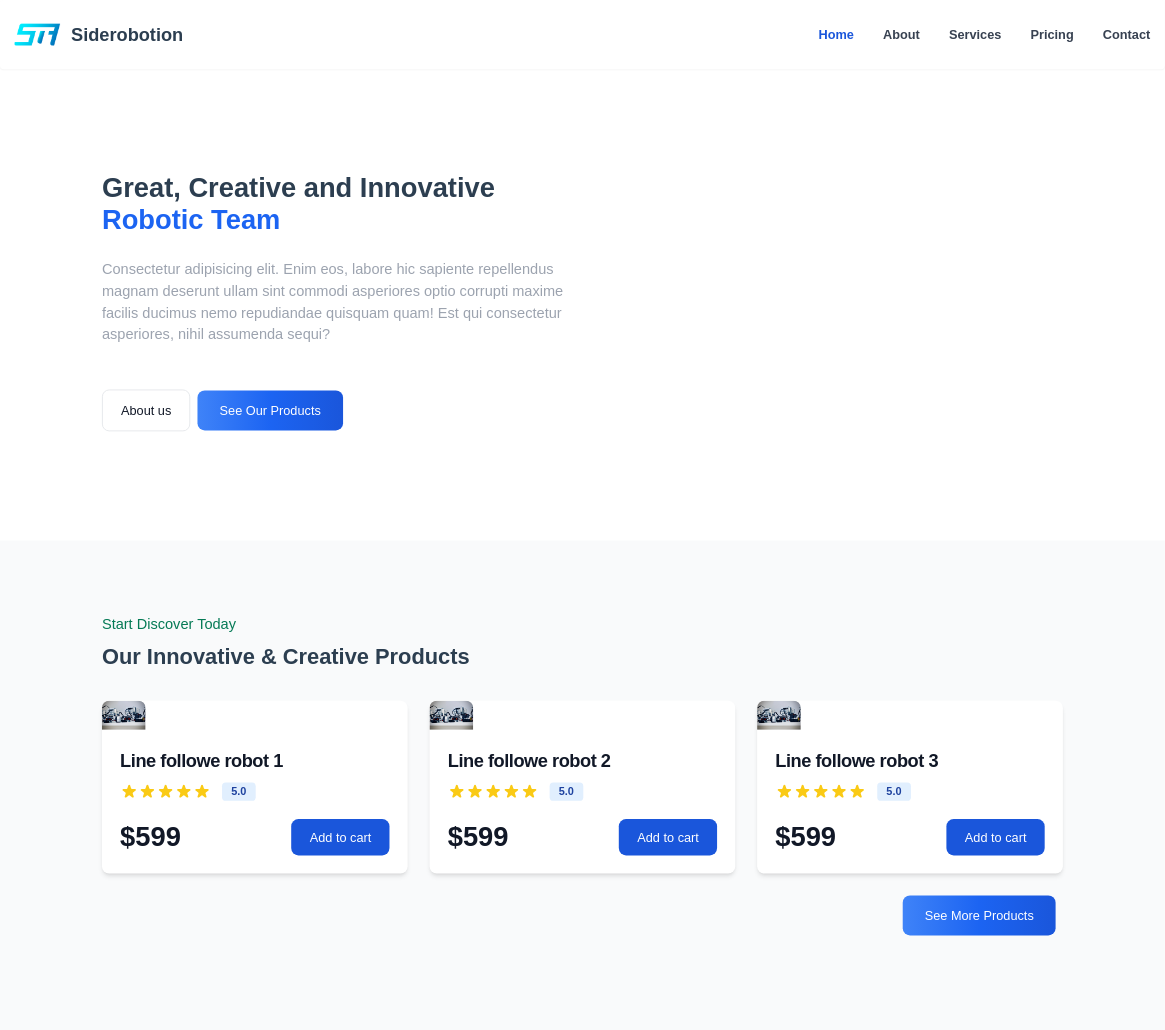
Repository: khulqu15/siderobotion
Page: /
These files come from the project's save history. The page is drawn as it stood at one moment and after the next save; the edit follows.
The browser window is 1280 px wide. The pictures show the whole page, at 91% of full size.
The project was rebuilt for these pictures with package versions that can differ from the ones it lists, and the page was loaded fresh each time. Also part of the build but not shown: vue.config.js.

Above is the page before, as saved 2022-06-12 02:42:24.

### src/main.js
import { createApp } from 'vue'
import App from './App.vue'
import './registerServiceWorker'
import router from './router'
import store from './store'
import 'flowbite'
import './index.css'

createApp(App)
  .use(store)
  .use(router)
  .mount('#app')

### src/index.css
@tailwind base;
@tailwind components;
@tailwind utilities;
@import url('https://fonts.googleapis.com/css2?family=Poppins:ital,wght@0,100;0,200;0,300;0,400;0,500;0,600;0,700;0,800;0,900;1,100;1,200;1,300;1,400;1,500;1,600;1,700;1,800;1,900&display=swap');

* {
  font-family: 'Poppins', sans-serif !important;
}

### src/views/HomeView.vue
<template>

  <web-layout>
    <div class="p-28 grid grid-cols-2 gap-4">
      <div class="text-start">
        <h1 class="text-3xl font-semibold">Great, Creative and Innovative <span class="text-blue-600">Robotic Team</span> </h1>
        <p class="text-gray-400 mt-6 mb-12">Consectetur adipisicing elit. Enim eos, labore hic sapiente repellendus magnam deserunt ullam sint commodi asperiores optio corrupti maxime facilis ducimus nemo repudiandae quisquam quam! Est qui consectetur asperiores, nihil assumenda sequi?</p>
        <button type="button" class="py-3 px-5 mr-2 mb-2 text-sm font-medium text-gray-900 focus:outline-none bg-white rounded-lg border border-gray-200 hover:bg-gray-100 hover:text-blue-700 focus:z-10 focus:ring-4 focus:ring-gray-200">About us</button>
        <button type="button" class="text-white bg-gradient-to-r from-blue-500 via-blue-600 to-blue-700 hover:bg-gradient-to-br focus:ring-4 focus:outline-none focus:ring-blue-300 dark:focus:ring-blue-800 font-medium rounded-lg text-sm px-6 py-3 text-center mr-2 mb-2">See Our Products</button>
      </div>
    </div>

    <div class="px-28 py-20 bg-gray-50">
      <div class="text-start">
        <p class="mb-2 text-green-600">Start Discover Today</p>
        <h1 class="text-2xl mb-4 font-semibold">Our Innovative & Creative Products</h1>
      </div>
      <div class="py-4 text-start grid grid-cols-3 gap-6">
        <div v-for="(item, index) in 3" :key="index">
          <div class="w-full bg-white rounded-lg shadow-md dark:bg-gray-800 dark:border-gray-700">
            <a href="#">
              <img class="rounded-t-lg h-8" :src="require('@/assets/images/product.webp')" alt="product image" />
            </a>
            <div class="p-5">
              <a href="#">
                <h5 class="text-xl font-semibold tracking-tight text-gray-900 dark:text-white">Line followe robot {{ item }}</h5>
              </a>
              <div class="flex items-center mt-2.5 mb-5">
                <svg class="w-5 h-5 text-yellow-300" fill="currentColor" viewBox="0 0 20 20" xmlns="http://www.w3.org/2000/svg"><path d="M9.049 2.927c.3-.921 1.603-.921 1.902 0l1.07 3.292a1 1 0 00.95.69h3.462c.969 0 1.371 1.24.588 1.81l-2.8 2.034a1 1 0 00-.364 1.118l1.07 3.292c.3.921-.755 1.688-1.54 1.118l-2.8-2.034a1 1 0 00-1.175 0l-2.8 2.034c-.784.57-1.838-.197-1.539-1.118l1.07-3.292a1 1 0 00-.364-1.118L2.98 8.72c-.783-.57-.38-1.81.588-1.81h3.461a1 1 0 00.951-.69l1.07-3.292z"></path></svg>
                <svg class="w-5 h-5 text-yellow-300" fill="currentColor" viewBox="0 0 20 20" xmlns="http://www.w3.org/2000/svg"><path d="M9.049 2.927c.3-.921 1.603-.921 1.902 0l1.07 3.292a1 1 0 00.95.69h3.462c.969 0 1.371 1.24.588 1.81l-2.8 2.034a1 1 0 00-.364 1.118l1.07 3.292c.3.921-.755 1.688-1.54 1.118l-2.8-2.034a1 1 0 00-1.175 0l-2.8 2.034c-.784.57-1.838-.197-1.539-1.118l1.07-3.292a1 1 0 00-.364-1.118L2.98 8.72c-.783-.57-.38-1.81.588-1.81h3.461a1 1 0 00.951-.69l1.07-3.292z"></path></svg>
                <svg class="w-5 h-5 text-yellow-300" fill="currentColor" viewBox="0 0 20 20" xmlns="http://www.w3.org/2000/svg"><path d="M9.049 2.927c.3-.921 1.603-.921 1.902 0l1.07 3.292a1 1 0 00.95.69h3.462c.969 0 1.371 1.24.588 1.81l-2.8 2.034a1 1 0 00-.364 1.118l1.07 3.292c.3.921-.755 1.688-1.54 1.118l-2.8-2.034a1 1 0 00-1.175 0l-2.8 2.034c-.784.57-1.838-.197-1.539-1.118l1.07-3.292a1 1 0 00-.364-1.118L2.98 8.72c-.783-.57-.38-1.81.588-1.81h3.461a1 1 0 00.951-.69l1.07-3.292z"></path></svg>
                <svg class="w-5 h-5 text-yellow-300" fill="currentColor" viewBox="0 0 20 20" xmlns="http://www.w3.org/2000/svg"><path d="M9.049 2.927c.3-.921 1.603-.921 1.902 0l1.07 3.292a1 1 0 00.95.69h3.462c.969 0 1.371 1.24.588 1.81l-2.8 2.034a1 1 0 00-.364 1.118l1.07 3.292c.3.921-.755 1.688-1.54 1.118l-2.8-2.034a1 1 0 00-1.175 0l-2.8 2.034c-.784.57-1.838-.197-1.539-1.118l1.07-3.292a1 1 0 00-.364-1.118L2.98 8.72c-.783-.57-.38-1.81.588-1.81h3.461a1 1 0 00.951-.69l1.07-3.292z"></path></svg>
                <svg class="w-5 h-5 text-yellow-300" fill="currentColor" viewBox="0 0 20 20" xmlns="http://www.w3.org/2000/svg"><path d="M9.049 2.927c.3-.921 1.603-.921 1.902 0l1.07 3.292a1 1 0 00.95.69h3.462c.969 0 1.371 1.24.588 1.81l-2.8 2.034a1 1 0 00-.364 1.118l1.07 3.292c.3.921-.755 1.688-1.54 1.118l-2.8-2.034a1 1 0 00-1.175 0l-2.8 2.034c-.784.57-1.838-.197-1.539-1.118l1.07-3.292a1 1 0 00-.364-1.118L2.98 8.72c-.783-.57-.38-1.81.588-1.81h3.461a1 1 0 00.951-.69l1.07-3.292z"></path></svg>
                <span class="bg-blue-100 text-blue-800 text-xs font-semibold mr-2 px-2.5 py-0.5 rounded dark:bg-blue-200 dark:text-blue-800 ml-3">5.0</span>
              </div>
              <div class="flex justify-between items-center">
                <span class="text-3xl font-bold text-gray-900 dark:text-white">$599</span>
                <a href="#" class="text-white bg-blue-700 hover:bg-blue-800 focus:ring-4 focus:outline-none focus:ring-blue-300 font-medium rounded-lg text-sm px-5 py-2.5 text-center dark:bg-blue-600 dark:hover:bg-blue-700 dark:focus:ring-blue-800">Add to cart</a>
              </div>
            </div>
          </div>
        </div>
        <div class="text-right col-span-3">
          <button type="button" class="text-white bg-gradient-to-r from-blue-500 via-blue-600 to-blue-700 hover:bg-gradient-to-br focus:ring-4 focus:outline-none focus:ring-blue-300 dark:focus:ring-blue-800 font-medium rounded-lg text-sm px-6 py-3 text-center mr-2 mb-2">See More Products</button>
        </div>
      </div>
    </div>
  </web-layout>

</template>

<script>
import WebLayout from '@/layouts/WebLayout.vue'
export default {
  name: 'HomeView',
  components: {
    WebLayout
  }
}
</script>

### src/layouts/WebLayout.vue
<template>
  <div id="app-web">
    <div id="nav">
      <navigation-header/>
    </div>
    <div id="body-content">
      <slot id="content"></slot>
    </div>
  </div>
</template>

<script>
import NavigationHeader from '@/components/NavigationHeader.vue'
export default {
  components: {
    NavigationHeader
  }
}
</script>

### src/components/NavigationHeader.vue
<template>
  <div>
    <nav class="bg-white border-gray-200 px-2 sm:px-4 py-6 shadow-sm rounded dark:bg-gray-800">
      <div class="container flex flex-wrap justify-between items-center mx-auto">
        <a href="/" class="flex items-center">
          <img :src="require('@/assets/logo.webp')" class="mr-3 h-4 sm:h-6" alt="Siderobotion Logo">
          <span class="self-center text-xl font-semibold whitespace-nowrap dark:text-white">Siderobotion</span>
        </a>
        <button data-collapse-toggle="mobile-menu" type="button" class="inline-flex items-center p-2 ml-3 text-sm text-gray-500 rounded-lg md:hidden hover:bg-gray-100 focus:outline-none focus:ring-2 focus:ring-gray-200 dark:text-gray-400 dark:hover:bg-gray-700 dark:focus:ring-gray-600" aria-controls="mobile-menu" aria-expanded="false">
          <span class="sr-only">Open main menu</span>
          <svg class="w-6 h-6" fill="currentColor" viewBox="0 0 20 20" xmlns="http://www.w3.org/2000/svg"><path fill-rule="evenodd" d="M3 5a1 1 0 011-1h12a1 1 0 110 2H4a1 1 0 01-1-1zM3 10a1 1 0 011-1h12a1 1 0 110 2H4a1 1 0 01-1-1zM3 15a1 1 0 011-1h12a1 1 0 110 2H4a1 1 0 01-1-1z" clip-rule="evenodd"></path></svg>
          <svg class="hidden w-6 h-6" fill="currentColor" viewBox="0 0 20 20" xmlns="http://www.w3.org/2000/svg"><path fill-rule="evenodd" d="M4.293 4.293a1 1 0 011.414 0L10 8.586l4.293-4.293a1 1 0 111.414 1.414L11.414 10l4.293 4.293a1 1 0 01-1.414 1.414L10 11.414l-4.293 4.293a1 1 0 01-1.414-1.414L8.586 10 4.293 5.707a1 1 0 010-1.414z" clip-rule="evenodd"></path></svg>
        </button>
        <div class="hidden w-full md:block md:w-auto" id="mobile-menu">
          <ul class="flex flex-col mt-4 md:flex-row md:space-x-8 md:mt-0 md:text-sm md:font-medium">
            <li>
              <a href="#" class="block py-2 pr-4 pl-3 text-white bg-blue-700 rounded md:bg-transparent md:text-blue-700 md:p-0 dark:text-white" aria-current="page">Home</a>
            </li>
            <li>
              <a href="#" class="block py-2 pr-4 pl-3 text-gray-700 border-b border-gray-100 hover:bg-gray-50 md:hover:bg-transparent md:border-0 md:hover:text-blue-700 md:p-0 dark:text-gray-400 md:dark:hover:text-white dark:hover:bg-gray-700 dark:hover:text-white md:dark:hover:bg-transparent dark:border-gray-700">About</a>
            </li>
            <li>
              <a href="#" class="block py-2 pr-4 pl-3 text-gray-700 border-b border-gray-100 hover:bg-gray-50 md:hover:bg-transparent md:border-0 md:hover:text-blue-700 md:p-0 dark:text-gray-400 md:dark:hover:text-white dark:hover:bg-gray-700 dark:hover:text-white md:dark:hover:bg-transparent dark:border-gray-700">Services</a>
            </li>
            <li>
              <a href="#" class="block py-2 pr-4 pl-3 text-gray-700 border-b border-gray-100 hover:bg-gray-50 md:hover:bg-transparent md:border-0 md:hover:text-blue-700 md:p-0 dark:text-gray-400 md:dark:hover:text-white dark:hover:bg-gray-700 dark:hover:text-white md:dark:hover:bg-transparent dark:border-gray-700">Pricing</a>
            </li>
            <li>
              <a href="#" class="block py-2 pr-4 pl-3 text-gray-700 hover:bg-gray-50 md:hover:bg-transparent md:border-0 md:hover:text-blue-700 md:p-0 dark:text-gray-400 md:dark:hover:text-white dark:hover:bg-gray-700 dark:hover:text-white md:dark:hover:bg-transparent">Contact</a>
            </li>
          </ul>
        </div>
      </div>
    </nav>

  </div>
</template>

### tailwind.config.js
module.exports = {

  content: [
    "./index.html",
    "./src/**/*.{vue,js,ts,jsx,tsx}",
    "./node_modules/flowbite/**/*.js",
  ],
  theme: {
    extend: {},
  },
  plugins: [
    require('flowbite/plugin')
  ]

}

Loaded but not shown: public/index.html (common file); src/App.vue (common file); src/registerServiceWorker.js (common file); src/router/index.js (common file); src/store/index.js (common file)

After the next save:
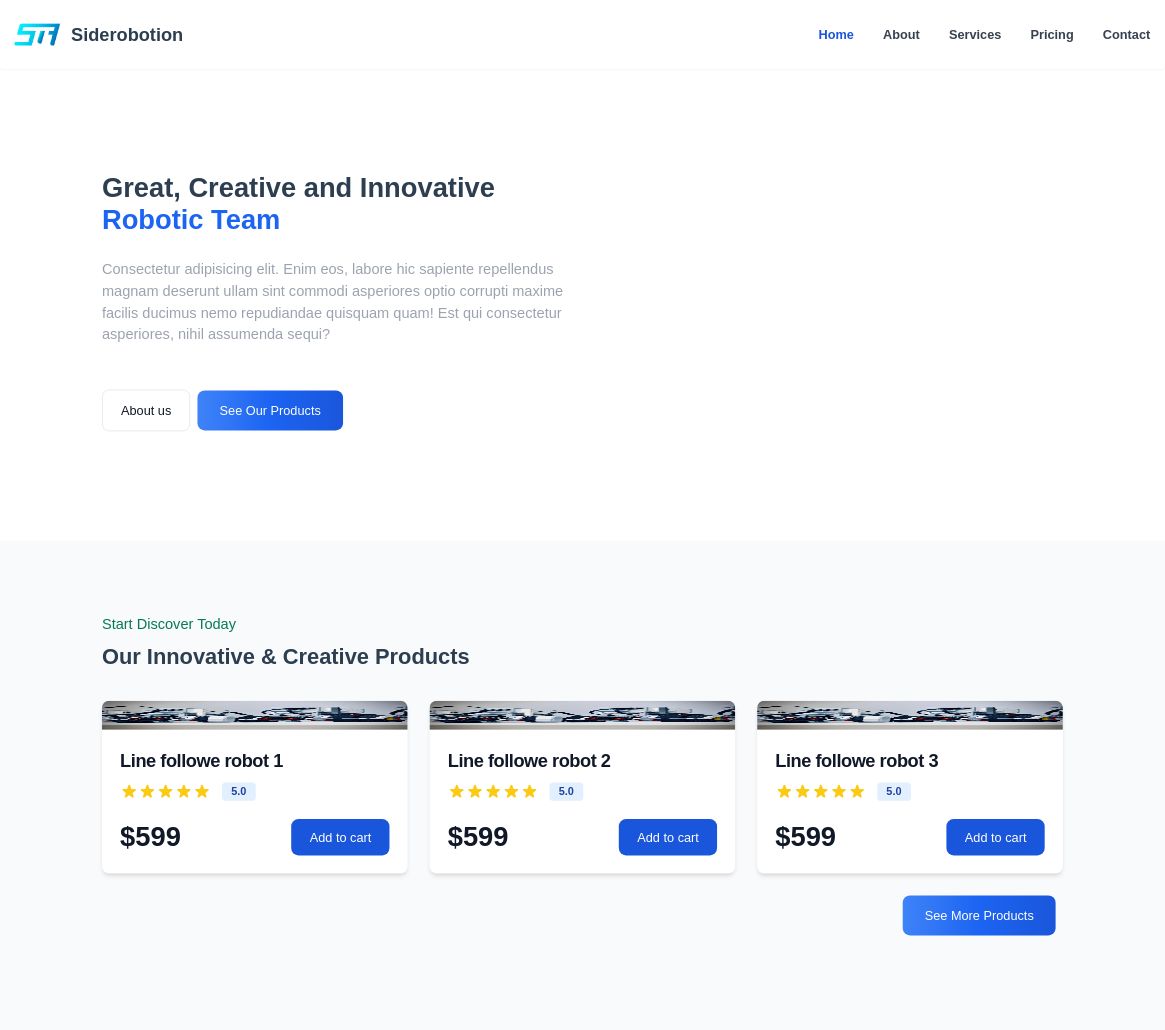
Saved 6 s later.
--- a/src/views/HomeView.vue
+++ b/src/views/HomeView.vue
@@ -19,7 +19,7 @@
         <div v-for="(item, index) in 3" :key="index">
           <div class="w-full bg-white rounded-lg shadow-md dark:bg-gray-800 dark:border-gray-700">
             <a href="#">
-              <img class="rounded-t-lg h-8" :src="require('@/assets/images/product.webp')" alt="product image" />
+              <img class="rounded-t-lg h-8 w-full" :src="require('@/assets/images/product.webp')" alt="product image" />
             </a>
             <div class="p-5">
               <a href="#">
